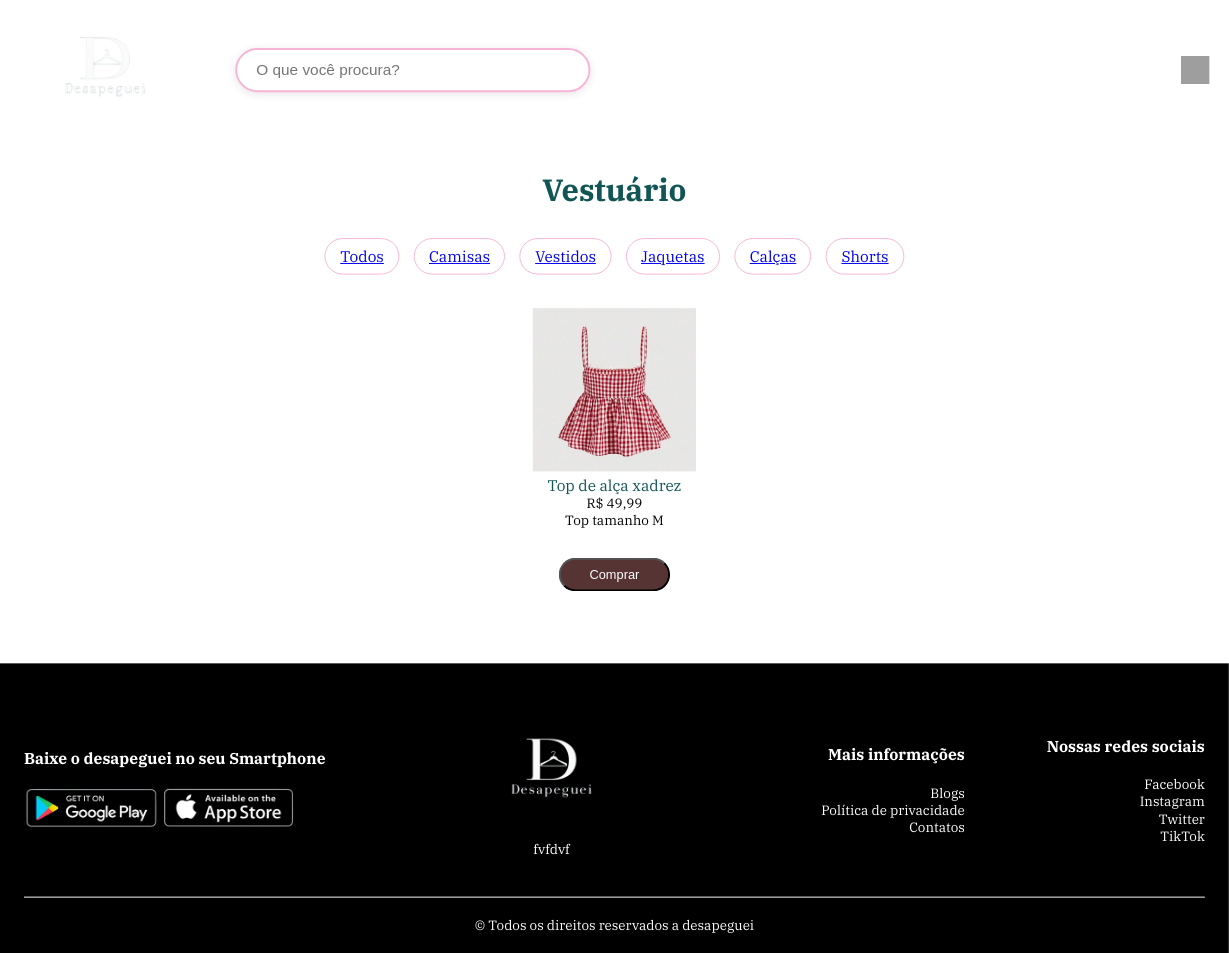
Repository: lanai-giani/Desapeguei
Page: http://localhost/desapeguei/categorias/vestuario.php
These files come from the project's save history. The page is drawn as it stood at one moment and after the next save; the edit follows.
The browser window is 1280 px wide. The pictures show the whole page, at 96% of full size.
Pictures or frames that could not be fetched are drawn as grey boxes. The page is run by PHP 8.4 with error messages shown; the project is at /var/www/html/. The database holds what the project's SQL file puts in it.

Above is the page before, as saved 2025-06-27 17:32:29.

After the next save:
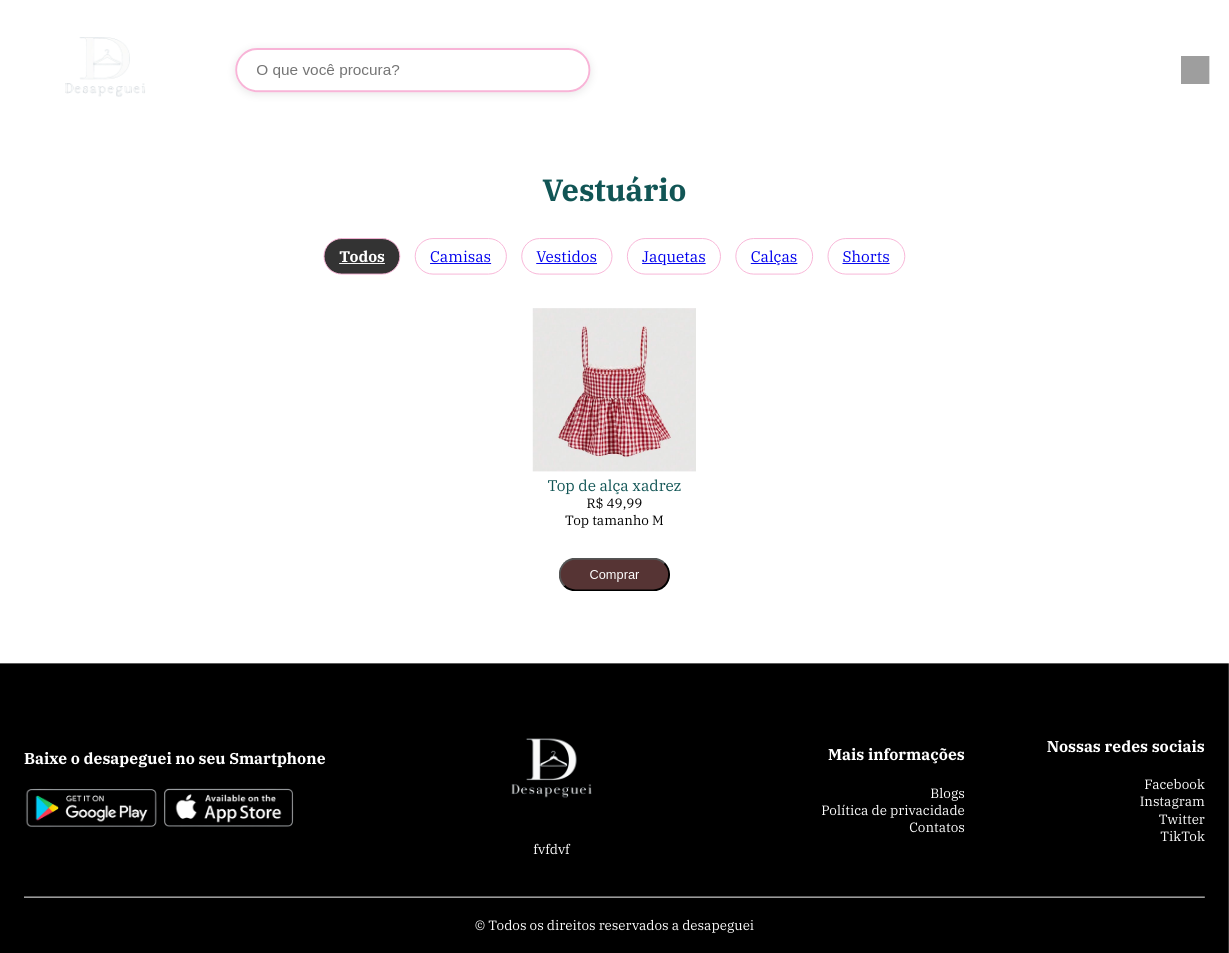
Saved 28 s later.
--- a/assets/css/style.css
+++ b/assets/css/style.css
@@ -966,3 +966,9 @@
     background: var(--cor-padrao-hover);
     transform: translateY(-2px);
 }
+
+.btn-filtro.ativo {
+    background-color: #333;
+    color: #fff;
+    font-weight: bold;
+}
